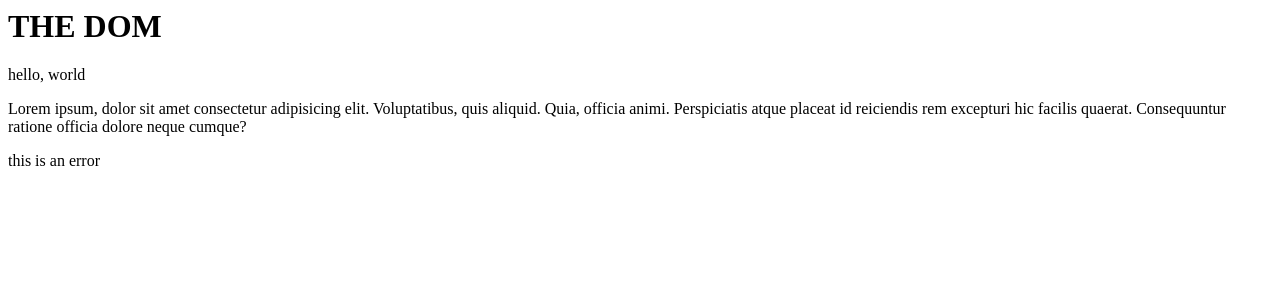
Repository: schweizercode/explainingCodes
Page: index.html
An editor plug-in stored every save of this project. The page is shown before and after the next save, followed by the edit.
The browser window is 1280 px wide. The pictures show the whole page.

Above is the page before, as saved 2021-03-29 15:06:14.

### index.html
<html lang="en">

<head>
    <meta charset="UTF-8">
    <meta name="viewport" content="width=device-width, initial-scale=1.0">
    <title>Document</title>

</head>

<body>
    <h1>THE DOM</h1>


    <div>
        <p> hello, world</p>
        <p> Lorem ipsum, dolor sit amet consectetur adipisicing elit. Voluptatibus, quis aliquid. Quia, officia animi.
            Perspiciatis atque placeat id reiciendis rem excepturi hic facilis quaerat. Consequuntur ratione officia
            dolore neque cumque?</p>
        <p class="error">this is an error</p>
    </div>
    <script src="sandbox.js">

    </script>
</body>

</html>

### sandbox.js
// // tempalte string

// const title = 'Best reads of 2019 ';
// const author = ' Mario ';
// const likes = 30;


// // let result = ' The blog called ' + title + 'By' + author + ' has ' + likes + ' likes ';
// // console.log(result)

// // template string way
// let result = `The blog called ${title} by ${author} has ${likes} likes`;
// console.log(result);

// // -> very important! I didn't know about this!!!
// // -> You have to use those {` `} Backticks tags, those are different than these {' '}

// // creating html templates
// let html = `
// <h2> ${title}</h2>
// <p> By ${author} </p>
// <span> This blog has ${likes} likes </span>
// `;
// console.log(html);

// booleans & comparisons
// console.log(true, false, "true", "false");


// // methods can reuturn booleans
// let email = 'luigi@theninja.co.uk';
// let names = ['mario', 'luigi', 'toad'];

// let results = email.includes('!');
// let results = names.includes('bowser');

// console.log(results);


// //type conversion
// let score = '100';

// // score = Number(score);
// // console.log(score + 1);
// // console.log(typeof score);

// // let result = Number('hello');
// // let result = String(50);
// // let result = Boolean(0)
// let result = Boolean('');

// console.log(result, typeof result);


// for loops

// for (let i = 0; i < 5; i++) {
//     console.log('in loop:', i);
// }
// console.log('loop finished')


// const names = ['shaun', 'mario', 'luigi'];

// for (let i = 0; i < names.length; i++) {
//     console.log(names[i]);
//     let html = `<div>${names[i]} </div>`;
//     console.log(html)
// }


// while Loop

// const names = ['shaun', 'mario', 'luigi'];
// let i = 0;

// while (i < 5) {
//     console.log('in loop:', i);
//     i++;
// }

// let i = 0;
// while (i < names.length) {
//     console.log(names[i]);
//     i++;
// }


// do while loops

// let i = 2;

// do {
//     console.log('val of i is:', i);
//     i++;
// } while (i < 5);


//if statements
// const age = 25;

// if (age > 20) {
//     console.log('you are over 20 years old');
// }

// const ninjas = ['shuan', 'ryu', 'chun-li', 'yoshi'];

// if (ninjas.length > 4) {
//     console.log("that's a lot of ninjas")
// }

// logical operators - OR || and AND &&

// const password = 'p@ss12';

// if (password.length >= 12 && password.includes('@')) {
//     console.log(' that password is mighty strong!');

// } else if (password.length >= 8 || password.includes('@') && password.length >= 5) {
//     console.log('that password is strong enough!');

// } else {
//     console.log('password is not long enough');
// }


//logical NOT (!)

// let user = false;

// if (!user) {
//     console.log('you must be logged in to continue');
// }

// console.log(!true);
// console.log(!false);


// break and continue

// const scores = [50, 25, 0, 30, 100, 20, 10];

// for (let i = 0; i < scores.length; i++) {

//     if (scores[i] === 0) {
//         continue;
//     }

//     console.log('your score:', scores[i]);

//     if (scores[i] === 100) {
//         console.log('congrats, you got the top score!');
//         break;
//     }

// }


//switch statemnts

// const grade = 'D';

// switch (grade) {
//     case 'A':
//         console.log('You got an A!');
//         break;
//     case 'B':
//         console.log('You got an B!');
//         break;
//     case 'C':
//         console.log('You got an C!');
//         break;
//     case 'D':
//         console.log('You got an D!');
//         break;
//     case 'E':
//         console.log('You got an E!');
//         break;
//     default:
//         console.log('not a valid grade');
// }


//usingn if statements
// if (grade === 'A') {
// } else if (gradce === 'B') {

// } else if (gradce === 'C') {

// } else if (gradce === 'D') {

// } else if (gradce === 'E') {

// } else {

// }

// const goals = [60, 763, 762, 81, 14, 8, 37,];

// for (let i = 0; i < goals.length; i++) {
//     console.log("that's your score:", goals[i])
// }

// variables & block scope

// const age = 30;

// if (true) {
//     const age = 40;
//     // you can't excess name outside of this roadblock!
//     const name = 'shaun';
//     console.log('inside 1st code block: ', age, name);

//     if (true) {
//         const age = 50;
//         console.log('inside 2nd code block:', age);
//         var test = 'hello';
//     }
// }

// console.log('outside code block: ', age, name);

// you are allowed to redefine the variable in the roadblock!


// FUNCTION declaration

// function greet() {
//     console.log('hello there');
// }

// // function expression
// const speak = function () {
//     console.log('good day!');
// };

// // greet();
// // greet();
// // greet();


// speak();
// speak();

// // function declaration
// function greet() {
//     console.log('hello there');
// }


//arguments & parameters

// const speak = function (name = 'luigi', time = 'night') {
//     console.log(`good ${time} ${name}`);
// };

// regular function
// const calcArea = function (radius) {
//     return 3.14 * radius ** 2;
// };

// arrow function
// const calcArea = radius => 3.14 * radius ** 2;;

// const area = calcArea(5);
// console.log('area is:', area);

// -> praxtice arrow functions

// const greet = function () {
//     return 'hello, world';
// }

// const greet = () => 'hello world';

// const result = greet();
// console.log(result)

// const bill = function (products, tax) {
//     let total = 0
//     for (let i = 0; i < products.length; i++) {
//         total += products[i] + products[i] * tax;
//     }
//     return total;
// }

// const bill = (products, tax) => {
//     let total = 0;
//     for (let i = 0; i < products.length; i++) {
//         total += products[i] + products[i] * tax;
//     }
//     return total;
// };

// console.log(bill([10, 15, 30], 0.2));

// const name = 'shaun';

// //functions

// const greet = () => 'hello';

// let resultOne = greet();
// console.log(resultOne)

// //methods

// let resultTwo = name.toUpperCase();
// console.log(resultTwo)


// callbacks & foreach

// let people = ['mario', 'luigi', 'ryu', 'shaun', 'chun-li'];

// const logPerson = (person, index) => {
//     console.log(`${index} - hello ${person}`)
// };

// people.forEach(logPerson);

// get a refernece to the 'ul'

// const ul = document.querySelector('.people');

// const people = ['mario', 'luigi', 'ryu', 'shaun', 'chun-li'];

// let html = ``;

// people.forEach(person => {
//     //create html template
//     html += `<li style="color: purple"> ${person}</li>`
// });

// console.log(html);
// ul.innerHTML = html;


//object literals

// const blogs = [
//     { title: 'why mac and cheese rules', likes: 30 },
//     { title: '10 things to make with marmite', likes: 50 }
// ];

// console.log(blogs)

// let user = {
//     name: 'crystal',
//     age: 30,
//     email: 'crystal@gmail.com',
//     location: 'berlin',
//     blogs: [
//         { title: 'why mac and cheese rules', likes: 30 },
//         { title: '10 things to make with marmite', likes: 50 }
//     ],
//     login() {
//         console.log('the user is logged in ')
//     },
//     logout: function () {
//         console.log('the user is logged out');
//     },
//     logBlogs: function () {
//         console.log(this.blogs);
//         console.log('this user has written the following blogs:')
//         this.blogs.forEach(blog => {
//             console.log(blog.title, blog.likes);
//         });
//     }
// };

// user.logBlogs();
// console.log(this);


// Math object

// console.log(Math);
// console.log(Math.PI);
// console.log(Math.E);

// const area = 7.7;

// console.log(Math.round(area));
// console.log(Math.floor(area));
// console.log(Math.trunc(area));


// // random numbers

// const random = Math.random();

// console.log(random);
// console.log(Math.round(random * 100));


// primitive values

// let scoreOne = 50;
// let scoreTwo = scoreOne;

// console.log(`scoreOne: ${scoreOne}`, `scoreTwo: ${scoreTwo}`);

// scoreOne = 100;
// console.log(`scoreOne: ${scoreOne}`, `scoreTwo: ${scoreTwo}`);


//refernece values

// const userOne = { name: 'ryu', age: 30 };
// const userTwo = userOne;

// console.log(userOne, userTwo);

// userTwo.name = 'chun-li';
// console.log(userOne, userTwo);


// Interacting with a Browsers!!

const para = document.querySelector('.error');

console.log(para);

After the next save:
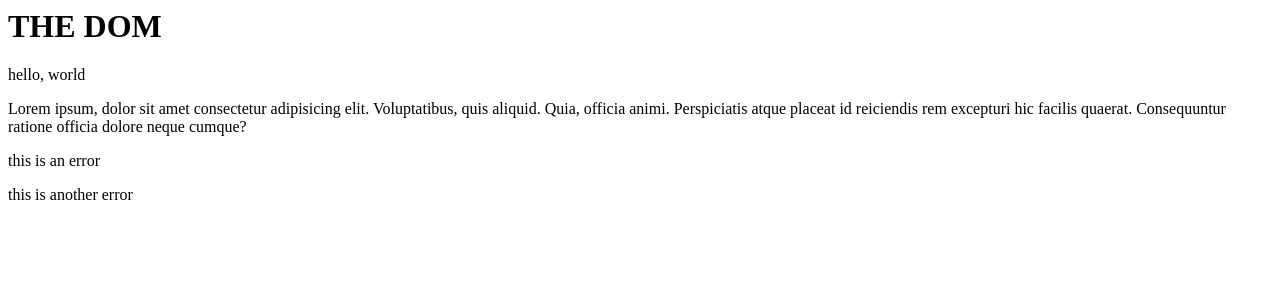
Saved 42 s later.
--- a/index.html
+++ b/index.html
@@ -18,6 +18,9 @@
             dolore neque cumque?</p>
         <p class="error">this is an error</p>
     </div>
+
+    <div class="error"> this is another error</div>
+
     <script src="sandbox.js">
 
     </script>
